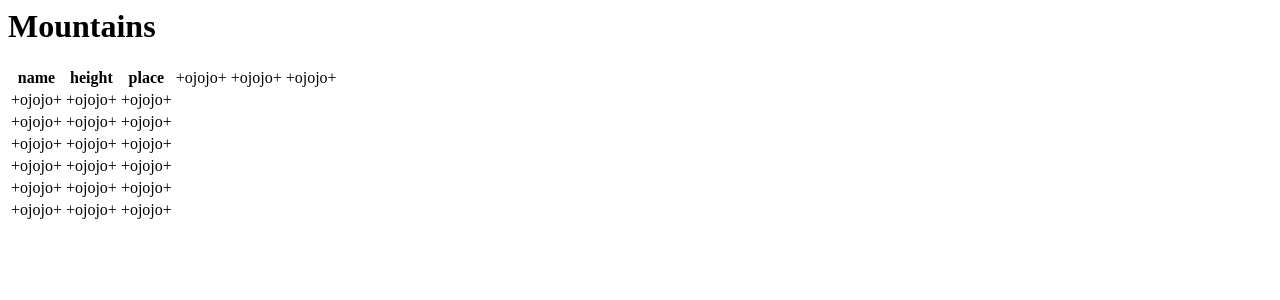
Repository: adamkonopka1991/Uni
Page: Kiez App/8.1/index.html
The author's editor kept a record of every edit. The page is drawn from the files as they stood at one moment, then again after the next edit.
The browser window is 1280 px wide. The pictures show the whole page.

Above is the page before.

After the next edit:
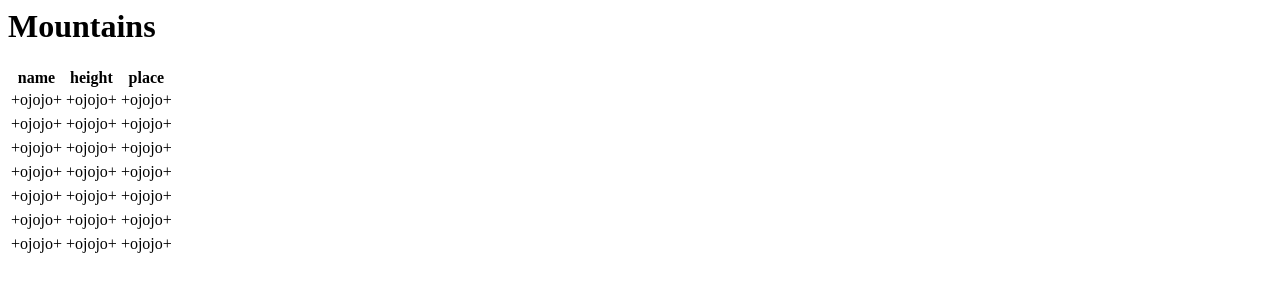
The edit:
--- a/Kiez App/8.1/index.html
+++ b/Kiez App/8.1/index.html
@@ -29,6 +29,7 @@
                    output+= "<th>"+keys[z]+"</th>";
                }
            }
+           output+= "</tr><tr>";
            for(let z=0; z<keys.length; z++)
                {
                    output+= "<td>+ojojo+</td>";
